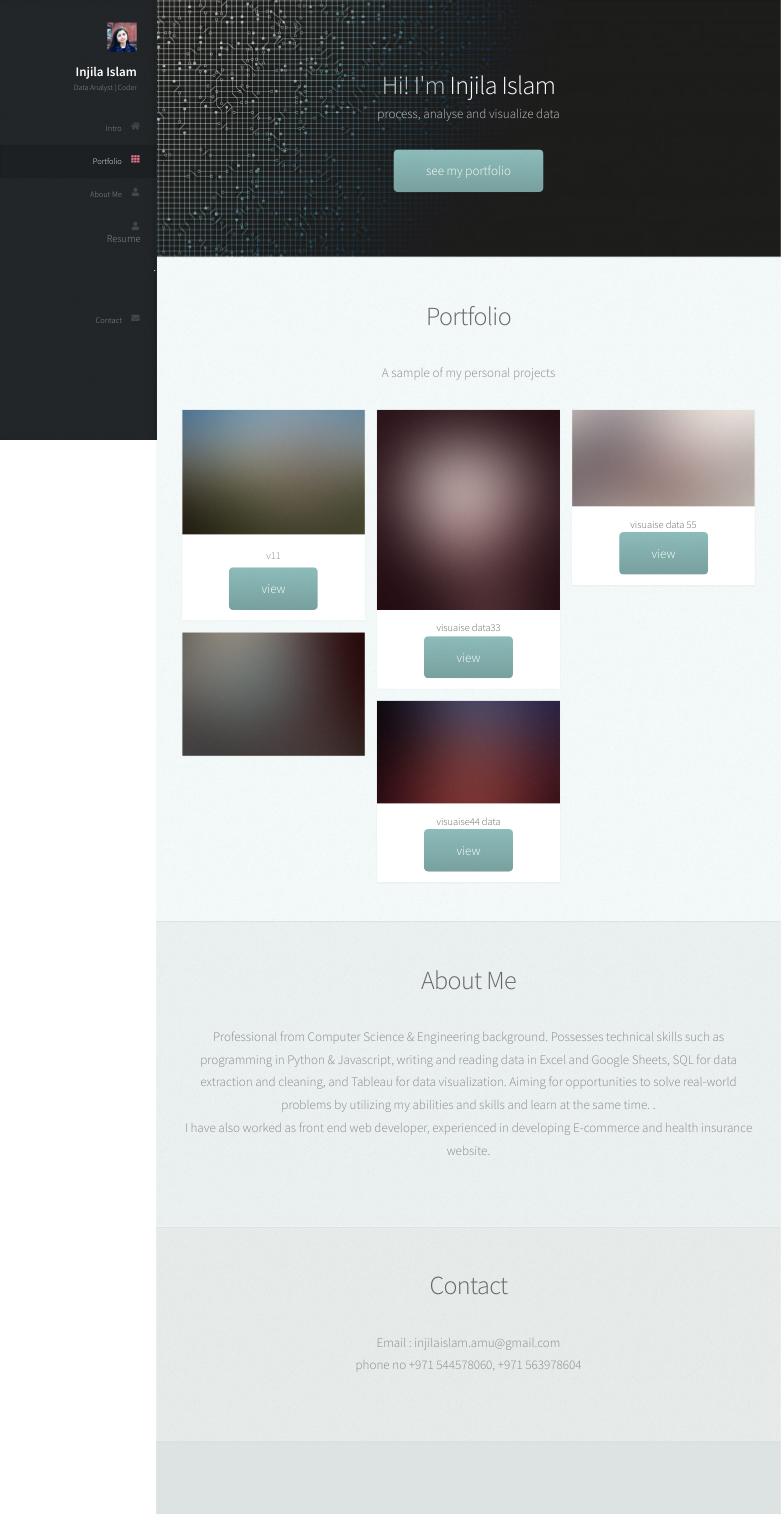
Repository: IslamInjila/new_portfolio
Page: index.html
An editor plug-in stored every save of this project. The page is shown before and after the next save, followed by the edit.
The browser window is 1280 px wide. The pictures show the whole page, at 61% of full size.

Above is the page before, as saved 2021-03-06 19:55:04.
Console error (its wording comes from the project's code and is left out).

### index.html
<!DOCTYPE HTML>
<!--
	Prologue by HTML5 UP
	html5up.net | @ajlkn
	Free for personal and commercial use under the CCA 3.0 license (html5up.net/license)
-->
<html>
	<head>
		<title>Prologue by HTML5 UP</title>
		<meta charset="utf-8" />
		<meta name="viewport" content="width=device-width, initial-scale=1, user-scalable=no" />
		<link rel="stylesheet" href="assets/css/main.css" />
	</head>
	<body class="is-preload">

		<!-- Header -->
			<div id="header">

				<div class="top">

					<!-- Logo -->
						<div id="logo">
							<span class="image avatar48"><img src="images/photome.jpg" alt="" /></span>
							<h1 id="title">Injila Islam</h1>
							<p>Data Analyst | Coder</p>
						</div>

					<!-- Nav -->
						<nav id="nav">
							<ul>
								<li><a href="#top" id="top-link"><span class="icon solid fa-home">Intro</span></a></li>
								<li><a href="#portfolio" id="portfolio-link"><span class="icon solid fa-th">Portfolio</span></a></li>
								<li><a href="#about" id="about-link"><span class="icon solid fa-user">About Me</span></a></li>
								<li><a href="#resume" id="about-link"><span class="icon solid fa-user">

									<a href="/uploads/media/default/0001/01/540cb75550adf33f281f29132dddd14fded85bfc.pdf">Resume</a>.</p>
								</span></a></li>
								<li><a href="#contact" id="contact-link"><span class="icon solid fa-envelope">Contact</span></a></li>

							</ul>
						</nav>

				</div>

				<div class="bottom">

					<!-- Social Icons -->
						<!-- <ul class="icons">
							<li><a href="#" class="icon brands fa-twitter"><span class="label">Twitter</span></a></li>
							<li><a href="#" class="icon brands fa-facebook-f"><span class="label">Facebook</span></a></li>
							<li><a href="#" class="icon brands fa-github"><span class="label">Github</span></a></li>
							<li><a href="#" class="icon brands fa-dribbble"><span class="label">Dribbble</span></a></li>
							<li><a href="#" class="icon solid fa-envelope"><span class="label">Email</span></a></li>
						</ul> -->

				</div>

			</div>

		<!-- Main -->
			<div id="main">

				<!-- Intro -->
					<section id="top" class="one dark cover">
						<div class="container">

							<header>
								<h2 class="alt">Hi! I'm <strong>Injila Islam</strong>
								<h5>process, analyse and visualize data
							</header>

							<footer>
								<a href="#portfolio" class="button scrolly">see my portfolio</a>
							</footer>

						</div>
					</section>

				<!-- Portfolio -->
					<section id="portfolio" class="two">
						<div class="container">

							<header>
								<h2>Portfolio</h2>
							</header>

							<p>A sample of my personal projects</p>

							<div class="row">
								<div class="col-4 col-12-mobile">
									<article class="item ">
										<a href="#" class="image fit"><img src="images/pic02.jpg" alt="" /></a>
										<header>
											v11
											<h5><input type="button" class="nine" width="100" height="132" onclick='window.open("http://www.foracure.org.au");return false;'
												target="_blank" value="view"
												/></h5>
										</header>
										<!-- <p><a href="https://www.w3schools.com">
											<img src="images/pic02.jpg" alt="W3Schools.com" >
											</a></p>  -->


											<!-- <input type="button" class="nine" width="100" height="132" onclick='window.open("http://www.foracure.org.au");return false;'
											 target="_blank" value="view"
											 /> -->
											<!-- <button type="button" class="btn btn-outline-primary" href="https://www.w3schools.com">view</button> -->
									</article>

									<article class="item">
										<a href="#" class="image fit"><img src="images/pic03.jpg" alt="" /></a>
										<!-- <header>
											<h5>visuaise data 22</h5>
											<input type="button" class="nine" width="100" height="132" onclick='window.open("http://www.foracure.org.au");return false;'
												target="_blank" value="view"
												/>

										</header> -->
									</article>
								</div>
								<div class="col-4 col-12-mobile">
									<article class="item">
										<a href="#" class="image fit"><img src="images/pic04.jpg" alt="" /></a>
										<header>
											<h5>visuaise data33 </h5>
											<input type="button" class="nine" width="100" height="132" onclick='window.open("http://www.foracure.org.au");return false;'
												target="_blank" value="view"
												/>
										</header>
									</article>
									<article class="item">
										<a href="#" class="image fit"><img src="images/pic05.jpg" alt="" /></a>
										<header>
											<h5>visuaise44 data </h5>
											<input type="button" class="nine" width="100" height="132" onclick='window.open("http://www.foracure.org.au");return false;'
												target="_blank" value="view"
												/>
										</header>
									</article>
								</div>
								<div class="col-4 col-12-mobile">
									<article class="item">
										<a href="#" class="image fit"><img src="images/pic06.jpg" alt="" /></a>
										<header>
											<h5>visuaise data 55</h5>
											<input type="button" class="nine" width="100" height="132" onclick='window.open("http://www.foracure.org.au");return false;'
												target="_blank" value="view"
												/>
										</header>
									</article>
									<!-- <article class="item">
										<a href="#" class="image fit"><img src="images/pic07.jpg" alt="" /></a>
										<header>
											<h5>visuaise data66 </h5>
											<input type="button" class="nine" width="100" height="132" onclick='window.open("http://www.foracure.org.au");return false;'
												target="_blank" value="view"
												/>
										</header>
									</article> -->
								</div>
							</div>

						</div>
					</section>

				<!-- About Me -->
					<section id="about" class="three">
						<div class="container">

							<header>
								<h2>About Me</h2>
							</header>

							<!-- <a href="#" class="image featured"><img src="images/profilePic.jpg" alt="" /></a> -->

							<p>Professional from Computer Science & Engineering background.

                               Possesses technical skills such as programming in Python & Javascript, writing and reading data in Excel and Google Sheets, SQL for data extraction and cleaning, and Tableau for data visualization.
								Aiming for opportunities to solve real-world problems by utilizing my abilities and skills and learn at the same time. .<br>
								I have also worked as front end web developer, experienced in developing E-commerce and health insurance website.

						</div>
					</section>


				<!-- Contact -->
					<section id="contact" class="four">
						<div class="container">

							<header>
								<h2>Contact</h2>
							</header>
							<P> Email : injilaislam.amu@gmail.com
							<br>phone no  +971 544578060, +971 563978604</p>

							<!-- <p>Elementum sem parturient nulla quam placerat viverra
							mauris non cum elit tempus ullamcorper dolor. Libero rutrum ut lacinia
							donec curae mus. Eleifend id porttitor ac ultricies lobortis sem nunc
							orci ridiculus faucibus a consectetur. Porttitor curae mauris urna mi dolor.</p> -->
<!--
							<form method="post" action="#">
								<div class="row">
									<div class="col-6 col-12-mobile"><input type="text" name="name" placeholder="Name" /></div>
									<div class="col-6 col-12-mobile"><input type="text" name="email" placeholder="Email" /></div>
									<div class="col-12">
										<textarea name="message" placeholder="Message"></textarea>
									</div>
									<div class="col-12">
										<input type="submit" value="Send Message" />
									</div>
								</div>
							</form> -->

						</div>
					</section>

			</div>

		<!-- Footer -->
			<div id="footer">

				<!-- Copyright -->
					<!-- <ul class="copyright">
						<li>&copy; Untitled. All rights reserved.</li><li>Design: <a href="http://html5up.net">HTML5 UP</a></li>
					</ul> -->

			</div>

		<!-- Scripts -->
			<script src="assets/js/jquery.min.js"></script>
			<script src="assets/js/jquery.scrolly.min.js"></script>
			<script src="assets/js/jquery.scrollex.min.js"></script>
			<script src="assets/js/browser.min.js"></script>
			<script src="assets/js/breakpoints.min.js"></script>
			<script src="assets/js/util.js"></script>
			<script src="assets/js/main.js"></script>

	</body>
</html>

Loaded but not shown: assets/css/fontawesome-all.min.css (library); assets/js/jquery.min.js (library); assets/js/jquery.scrolly.min.js (common file); assets/js/jquery.scrollex.min.js (common file); assets/js/browser.min.js (common file); assets/js/breakpoints.min.js (common file); assets/js/util.js (587 lines, source omitted); assets/js/main.js (123 lines, source omitted); assets/css/main.css (2635 lines, source omitted)

After the next save:
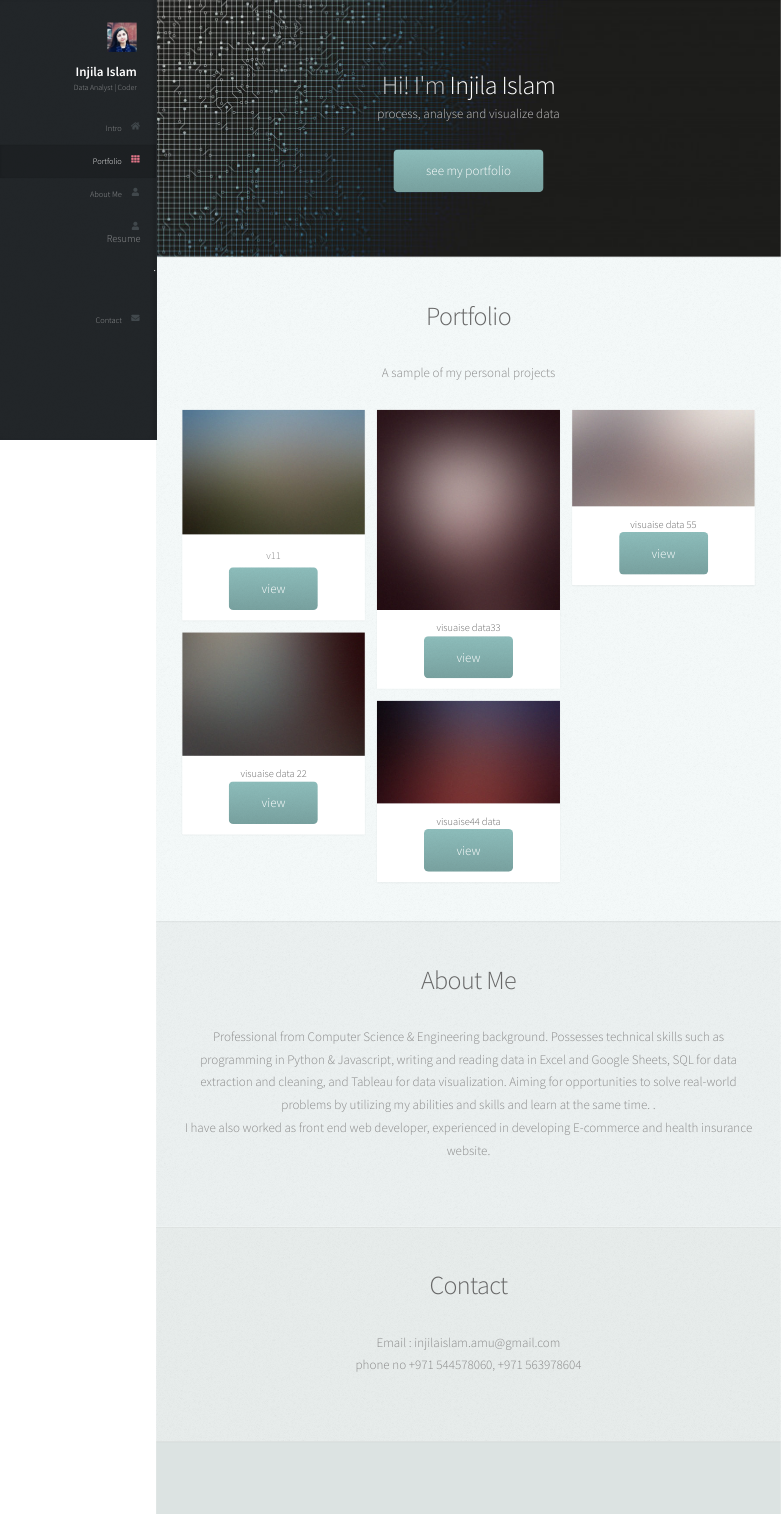
Saved 12 s later.
--- a/index.html
+++ b/index.html
@@ -109,13 +109,13 @@
 
 									<article class="item">
 										<a href="#" class="image fit"><img src="images/pic03.jpg" alt="" /></a>
-										<!-- <header>
+										<header>
 											<h5>visuaise data 22</h5>
 											<input type="button" class="nine" width="100" height="132" onclick='window.open("http://www.foracure.org.au");return false;'
 												target="_blank" value="view"
 												/>
 
-										</header> -->
+										</header>
 									</article>
 								</div>
 								<div class="col-4 col-12-mobile">
